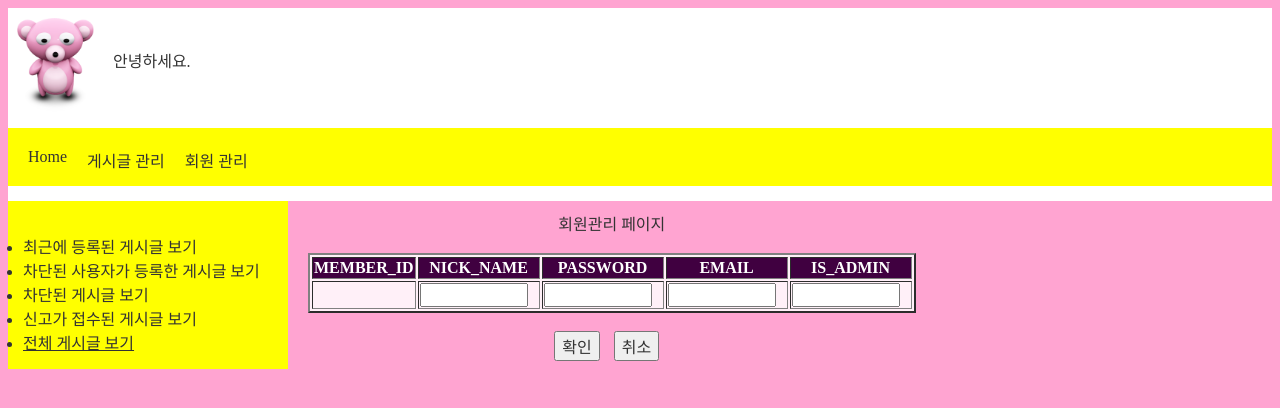
Repository: BaekJiGyeong/JSP_web
Page: http://localhost/Article-admin/WEB-INF/view/member/detailMember.jsp
An editor plug-in stored every save of this project. The page is shown before and after the next save, followed by the edit.
The browser window is 1280 px wide. The pictures show the whole page.
The page is served by Tomcat 9. Nobody is signed in. Other server files are loaded and not shown. The template is opened directly, without the code that normally fills it, so the values that code supplies are empty.

Above is the page before, as saved 2016-03-16 08:49:32.

### Article-admin/WebContent/WEB-INF/view/member/detailMember.jsp
<%@ page language="java" contentType="text/html; charset=UTF-8"
	pageEncoding="UTF-8"%>
<%@taglib prefix="c" uri="http://java.sun.com/jsp/jstl/core"%>
<jsp:include page="/WEB-INF/view/common/header.jsp"></jsp:include>
<jsp:include page="/WEB-INF/view/article/leftMenu.jsp"></jsp:include>

<script type="text/javascript">
$(document).ready(function() {


		$("#submit").click(function() {
			var form = $("#writeForm");
			form.attr("method", "post");
			form.attr("action", "<c:url value="/doModifyMember"/>");
			form.submit();
		});


});
</script>

<div id="members" align="center">
	회원관리 페이지 <br />
	<br />
<form id="writeForm" enctype="multipart/form-data">
	<table border="2">
		<tr>
			<th>MEMBER_ID</th>
			<th>NICK_NAME</th>
			<th>PASSWORD</th>
			<th>EMAIL</th>
			<th>IS_ADMIN</th>
		</tr>
		<tr>
			<td align="center">${ member.memberId }</td>
			<td><input type="text" id="nickName" name="nickName" value="${ member.nickName }" style="width: 100px"/></td>
			<td><input type="text" id="password" name="password" value="${ member.password }" style="width: 100px"/></td>
			<td><input type="text" id="email" name="email" value="${ member.email }" style="width: 100px"/></td>
			<td><input type="text" id="isAdmin" name="isAdmin" value="${ member.isAdmin }" style="width: 100px"/></td>
		</tr>
	</form>
	</table>
	<br />

	<input type="button" id="submit" value="확인"/>
	<input type="button" id="cancel" value="취소"/>
</div>

### Article-admin/WebContent/WEB-INF/view/common/header.jsp
<%@ page language="java" contentType="text/html; charset=UTF-8"
    pageEncoding="UTF-8"%>
<%@ taglib prefix="c" uri="http://java.sun.com/jsp/jstl/core" %>
<!DOCTYPE html>
<html>
<head>
<meta http-equiv="Content-Type" content="text/html; charset=UTF-8">
<link rel="stylesheet" type="text/css" href="<c:url value="/resource/css/header.css"/>"/>
<link rel="stylesheet" type="text/css" href="<c:url value="/resource/css/login.css"/>"/>
<script type="text/javascript" src="<c:url value="/resource/js/jquery-1.12.1.js"/>"></script>


<title>관리자페이지</title>
</head>
<body>

	<div id="wrapper">

		<div id="header">


			<a href="<c:url value="/list"/>"><img src="<c:url value= "/resource/img/icon.png"/>"></a> <div>안녕하세요.</div>

		</div>
		<div class="clear"></div>
		<jsp:include page="/WEB-INF/view/common/topMenu.jsp"></jsp:include>
		<div class="clear"></div>

### Article-admin/WebContent/WEB-INF/view/common/topMenu.jsp
<%@ page language="java" contentType="text/html; charset=UTF-8"
    pageEncoding="UTF-8"%>

<%@ taglib prefix="c" uri="http://java.sun.com/jsp/jstl/core"%>

<script type="text/javascript">

$(document).ready(function(){

	$("#manageMember").click(function(){
		location.href = "<c:url value="/memberManage"/>";
	});
	$("#articleList").click(function(){
		location.href = "<c:url value="/list"/>";
	});

});
</script>

<div id="topNavi">
	<ul id="topMenu">
		<li id="articleList">Home</li>
		<li>게시글 관리</li>
		<li id="manageMember">회원 관리</li>
	</ul>
</div>

### Article-admin/WebContent/WEB-INF/view/article/leftMenu.jsp
<%@ page language="java" contentType="text/html; charset=UTF-8"
    pageEncoding="UTF-8"%>
<%@ taglib prefix="c" uri="http://java.sun.com/jsp/jstl/core" %>
<div id="leftMenu">
	<ul>
		<li>최근에 등록된 게시글 보기</li>
		<li>차단된 사용자가 등록한 게시글 보기</li>
		<li>차단된 게시글 보기</li>
		<li>신고가 접수된 게시글 보기</li>
		<li>
			<a href="<c:url value="/list"/>">전체 게시글 보기</a>
		</li>
	</ul>
</div>

### Article-admin/WebContent/resource/css/header.css
@CHARSET "UTF-8";

body, input, div, span, p, a, td, th, caption, lable, h1, h2, h3, h4, h5, h6, textarea, iframe, ul, al, li, dd, dt, b, u, i, strong, pre, code, address, city, header, aside{
	color:#333333;
	font-family: "나눔바른고딕", "나눔고딕", "돋움체";
	font-size: 12pt;

}

table {
	background-color: #fff0f8;

}


img {
	/* 이미지 주변의 파란 줄 제거 */
	border: none;
}


body {
	background-color: #ffa4d1;
}

input {
	margin-right: 10px;
}
th {
	background-color: #400040;
	color:#ffffff;
}

div#wrapper {
	width: 100%;
	background-color: #FFFFFF;
}

div#header img {
	width: 95px;
	height: 95px;
	float: left;
	margin-top :10px;
	margin-right: 10px;
}

div#header div {
	padding-top: 40px;
	float: left;
}

div#listcss{
	float:left;
	background-color: #ffa4d1;
	padding : 10px;
}
div#members {
	float:left;
	background-color: #ffa4d1;
	padding : 10px;
}
div#reply{
	width: 50%;
}
ul#topMenu li{
	margin-left:20px;
	float:left;
	cursor: pointer;
}
ul#topMenu li:FIRST-CHILD{
	margin-left:0px;

}

div#topNavi ul#topMenu{
	list-style:none;
	display: inline;
	margin-left: 30px;
}
div#topNavi{
	padding-left: 20px;
	padding-top: 20px;
	padding-bottom: 20px;
	margin-top: 15px;
	margin-bottom: 15px;
	background-color: #ffff00;
}
div#leftMenu{
	float:left;
	width: 250px;
	height: 100%;
	padding: 15px;
	margin-right: 10px;
	background-color: #ffff00;


}
div#leftMenu ul{
	list-syle : none;
	display: inline;
}
div#leftMenu ul ui{
	padding-top:5px;
	padding-bottom:5px;
}
div#leftMenu ul ui:FIRST-CHILD{
	padding-top:0px;
}
div.clear{
	clear: both;
}

### Article-admin/WebContent/resource/css/login.css
@CHARSET "UTF-8";


#btnLogin{
	height:40px;
	float:right;
	margin-right:10px;
}
#btnJoin{
	height:40px;
	float:right;
	margin-right:10px;

}


div#login {
	text-align:right;
}


div#login input{
	margin-bottom:10px;
	float:right;
}

### Article-admin/WebContent/WEB-INF/view/common/footer.jsp
<%@ page language="java" contentType="text/html; charset=UTF-8"
    pageEncoding="UTF-8"%>

<div>
<table>
<th>저작권은 없습니다.</th>
</table>
</div>

</html>

Loaded but not shown: Article-admin/WebContent/resource/js/jquery-1.12.1.js (library)

After the next save:
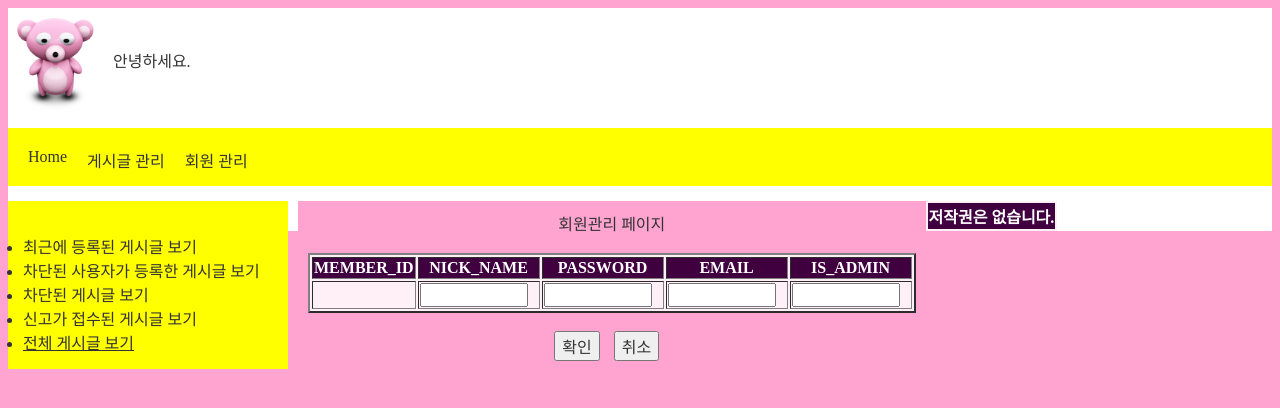
Saved 45 s later.
--- a/Article-admin/WebContent/WEB-INF/view/member/detailMember.jsp
+++ b/Article-admin/WebContent/WEB-INF/view/member/detailMember.jsp
@@ -38,10 +38,12 @@
 			<td><input type="text" id="email" name="email" value="${ member.email }" style="width: 100px"/></td>
 			<td><input type="text" id="isAdmin" name="isAdmin" value="${ member.isAdmin }" style="width: 100px"/></td>
 		</tr>
-	</form>
+
 	</table>
 	<br />
 
 	<input type="button" id="submit" value="확인"/>
 	<input type="button" id="cancel" value="취소"/>
+	</form>
 </div>
+<jsp:include page="/WEB-INF/view/common/footer.jsp"></jsp:include>

After the save that followed:
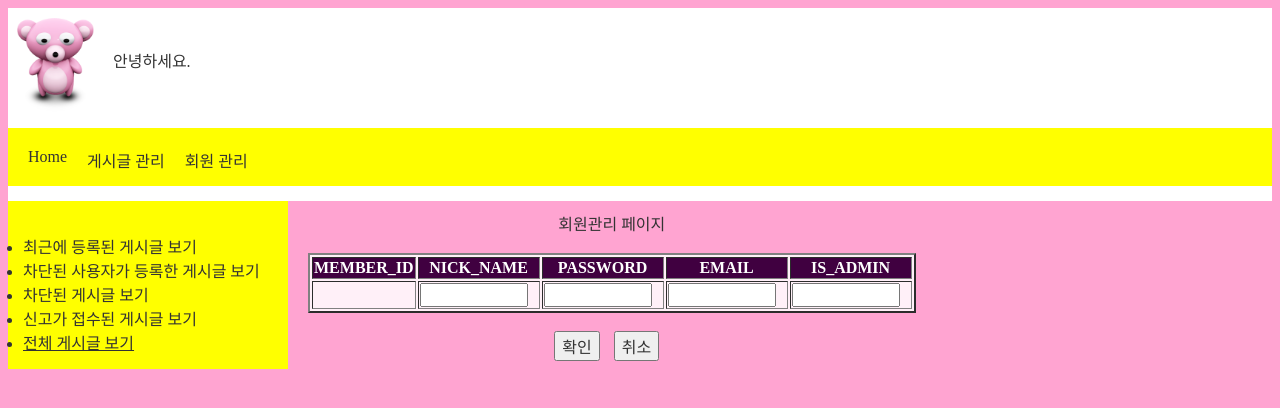
Saved 8 s later.
--- a/Article-admin/WebContent/WEB-INF/view/member/detailMember.jsp
+++ b/Article-admin/WebContent/WEB-INF/view/member/detailMember.jsp
@@ -46,4 +46,3 @@
 	<input type="button" id="cancel" value="취소"/>
 	</form>
 </div>
-<jsp:include page="/WEB-INF/view/common/footer.jsp"></jsp:include>
